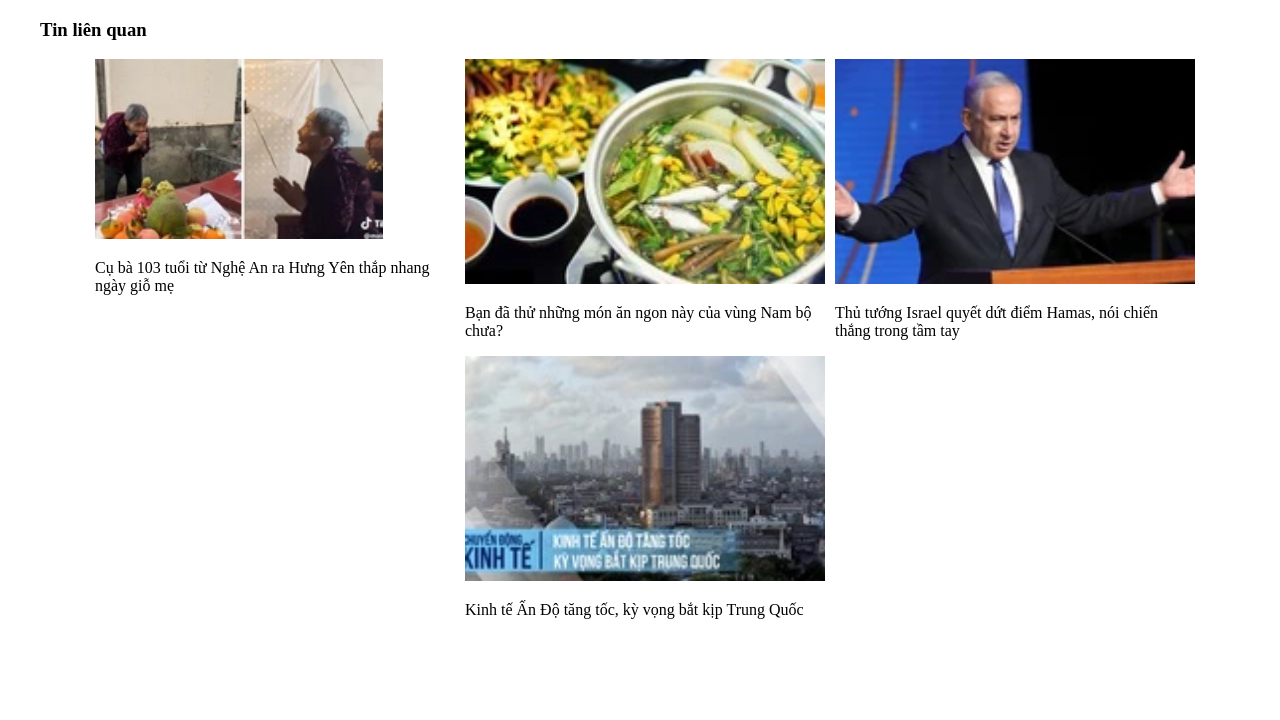
Repository: Tan-Khang21/TH_TKW--Buoi_07
Page: Bai_Tap_Ve_Nha/TinLienQuan.html
The author's editor kept a copy of each file at every save. The page is drawn from the files as they stood at one save, then again after the next save.
The browser window is 1280 px wide. The pictures show the whole page.

Above is the page before, as saved 2024-03-12 17:33:03.

After the next save:
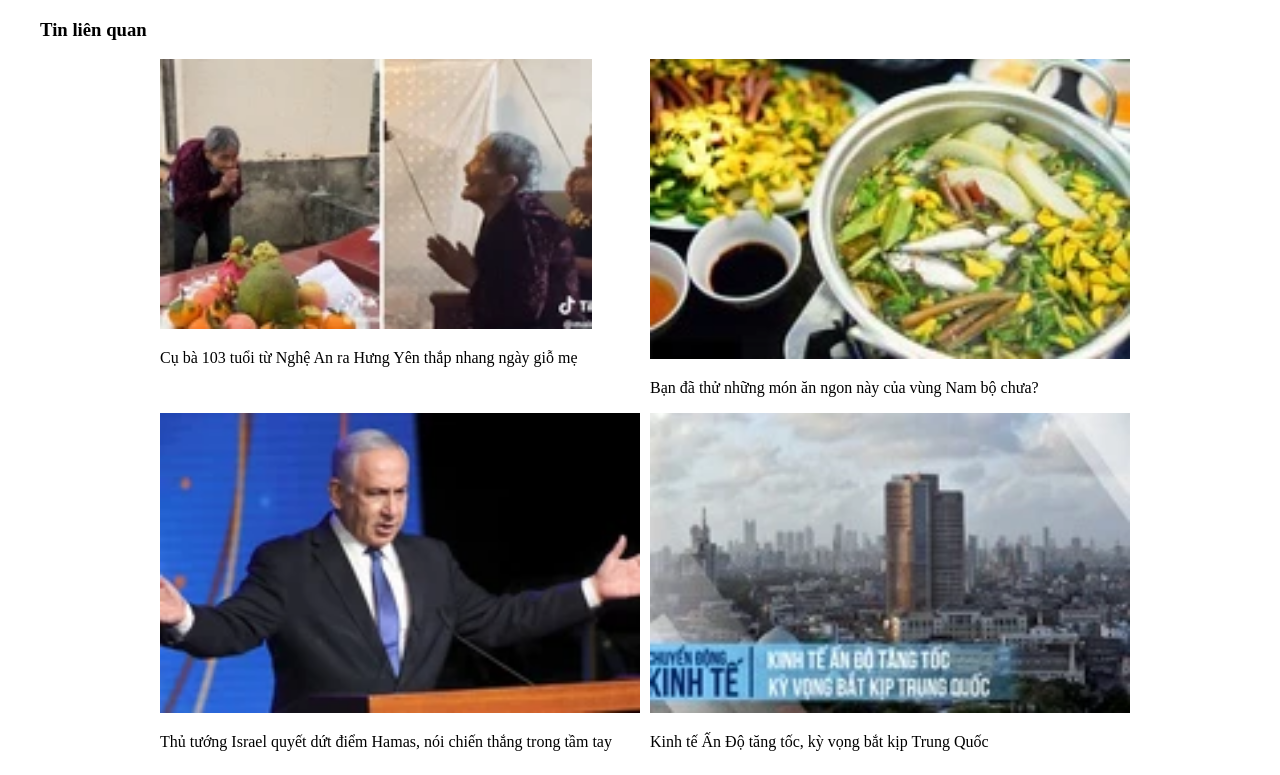
Saved 27 s later.
--- a/Bai_Tap_Ve_Nha/TinLienQuan.html
+++ b/Bai_Tap_Ve_Nha/TinLienQuan.html
@@ -19,15 +19,15 @@
           margin: 0 auto;
         "
       >
-        <div class="box" style="width: 30%; margin-left: 10px">
+        <div class="box" style="width: 40%; margin-left: 10px">
           <img
             src="images/hinh3.webp"
             alt=""
-            style="width: 80%; object-fit: cover"
+            style="width: 90%; object-fit: cover"
           />
           <p>Cụ bà 103 tuổi từ Nghệ An ra Hưng Yên thắp nhang ngày giỗ mẹ</p>
         </div>
-        <div style="width: 30%; margin-left: 10px">
+        <div style="width: 40%; margin-left: 10px">
           <img
             src="images/hinh4.webp"
             alt=""
@@ -35,7 +35,7 @@
           />
           <p>Bạn đã thử những món ăn ngon này của vùng Nam bộ chưa?</p>
         </div>
-        <div style="width: 30%; margin-left: 10px">
+        <div style="width: 40%; margin-left: 10px">
           <img
             src="images/hinh5.webp"
             alt=""
@@ -45,7 +45,7 @@
             Thủ tướng Israel quyết dứt điểm Hamas, nói chiến thắng trong tầm tay
           </p>
         </div>
-        <div style="width: 30%; margin-left: 10px">
+        <div style="width: 40%; margin-left: 10px">
           <img
             src="images/hinh6.webp"
             alt=""
